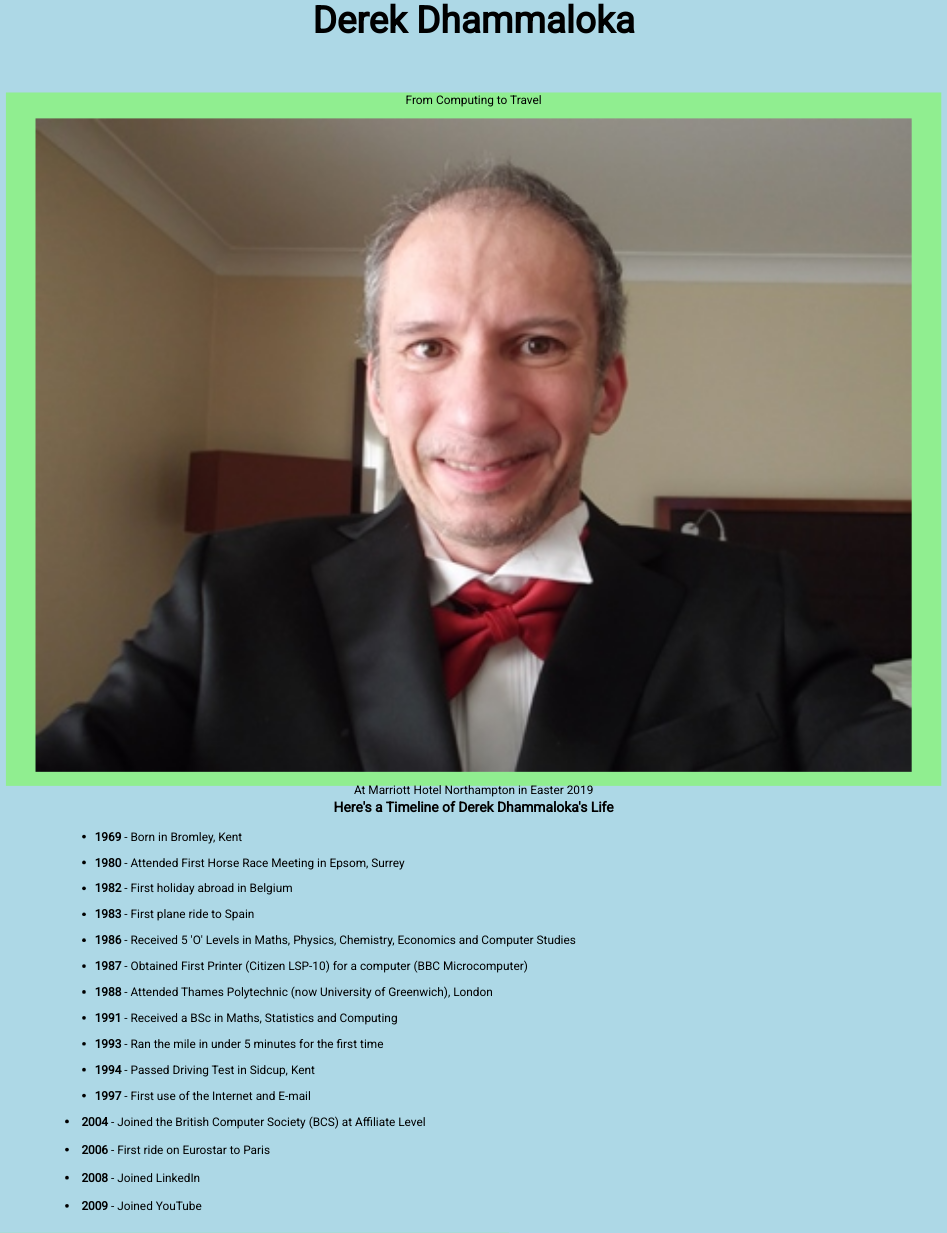
Repository: derektypist/tribute-page
Page: index.html
The author's editor kept a record of every edit. The page is drawn from the files as they stood at one moment, then again after the next edit.
The browser window is 1280 px wide. The pictures show the whole page, at 74% of full size.

Above is the page before.

### index.html
<!DOCTYPE html>
<html lang="en">

<head>
    <meta charset="UTF-8">
    <meta name="viewport" content="width=device-width, initial-scale=1.0">
    <meta http-equiv="X-UA-Compatible" content="ie=edge">
    <title>Derek Dhammaloka Tribute Page</title>
    <!-- Load Style Sheets -->
    <link href="https://fonts.googleapis.com/css?family=Roboto&display=swap" rel="stylesheet">
    <style>
        /* Main Styles */

        #main {
            font-family: "Roboto", Arial, Verdana, sans-serif;
            background-color: lightblue;
            text-align: center;
        }



        /* Title */

        #title {
            font-weight: 700;
            font-size: 50px;
            position: relative;
            bottom: 35px;
        }


        /* Images */

        #img-div {
            background-color: lightgreen;
        }

        #image {
            width: 100%;
            display: block;
            height: auto;
        }

        #img-caption {
            position: relative;
            top: 15px;
        }

        /* Tribute Info */

        #tribute-info {

            text-align: left;
            margin-left: 80px;

        }
    </style>
</head>

<body id="main">
    <!-- Set Header Element -->
    <header>
        <h1 id="title">Derek Dhammaloka</h1>
    </header>

    <!-- Set Main Element -->
    <main>

        <!-- Display Image with its Caption -->
        <div id="img-div">
            <p>From Computing to Travel</p>
            <figure>
                <img src="derek.JPG" id="image" title="At Marriott Hotel Northampton - Easter 2019" alt="At Marriott Hotel Northampton - Easter 2019">
                <figcaption id="img-caption">At Marriott Hotel Northampton in Easter 2019</figcaption>
            </figure>
        </div>
        <section>
            <h3>Here's a Timeline of Derek Dhammaloka's Life</h3>
            <!-- Display Tribute Information -->
            <article id="tribute-info">
                <!-- Display Information for 1969 -->
                <ul>
                    <li><strong>1969 </strong>- Born in Bromley, Kent</li>
                </ul>

                <!-- Display Information for 1980 -->
                <ul>
                    <li><strong>1980 </strong>- Attended First Horse Race Meeting in Epsom, Surrey</li>
                </ul>

                <!-- Display Information for 1982 -->
                <ul>
                    <li><strong>1982 </strong>- First holiday abroad in Belgium</li>
                </ul>

                <!-- Display Information for 1983 -->
                <ul>
                     <li><strong>1983 </strong>- First plane ride to Spain</li>
                </ul>

                <!-- Display Information for 1986 -->
                <ul>
                    <li><strong>1986 </strong>- Received 5 'O' Levels in Maths, Physics, Chemistry, Economics and Computer Studies</li>
                </ul>

                <!-- Display Information for 1987 -->
                <ul>
                    <li><strong>1987 </strong>- Obtained First Printer (Citizen LSP-10) for a computer (BBC Microcomputer)</li>
                </ul>


                <!-- Display Information for 1988 -->
                <ul>
                    <li><strong>1988 </strong>- Attended Thames Polytechnic (now University of Greenwich), London</li>
                </ul>

                <!-- Display Information for 1991 -->
                <ul>
                   <li><strong>1991 </strong>- Received a BSc in Maths, Statistics and Computing</li>
                </ul>

                <!-- Display Information for 1993 -->
                <ul>
                    <li><strong>1993 </strong>- Ran the mile in under 5 minutes for the first time</li>
                </ul>

                <!-- Display Information for 1994 -->
                <ul>
                    <li><strong>1994 </strong>- Passed Driving Test in Sidcup, Kent</li>
                </ul>

                <!-- Display Information for 1997 -->
                <ul>
                    <li><strong>1997 </strong>- First use of the Internet and E-mail</li>
                </ul>
                <li><strong>2004 </strong>- Joined the British Computer Society (BCS) at Affiliate Level</li>
                <br>
                <li><strong>2006 </strong>- First ride on Eurostar to Paris</li>
                <br>
                <li><strong>2008 </strong>- Joined LinkedIn</li>
                <br>
                <li><strong>2009 </strong>- Joined YouTube</li>
                <br>
            </article>
        </section>
    </main>
</body>

</html>

After the next edit:
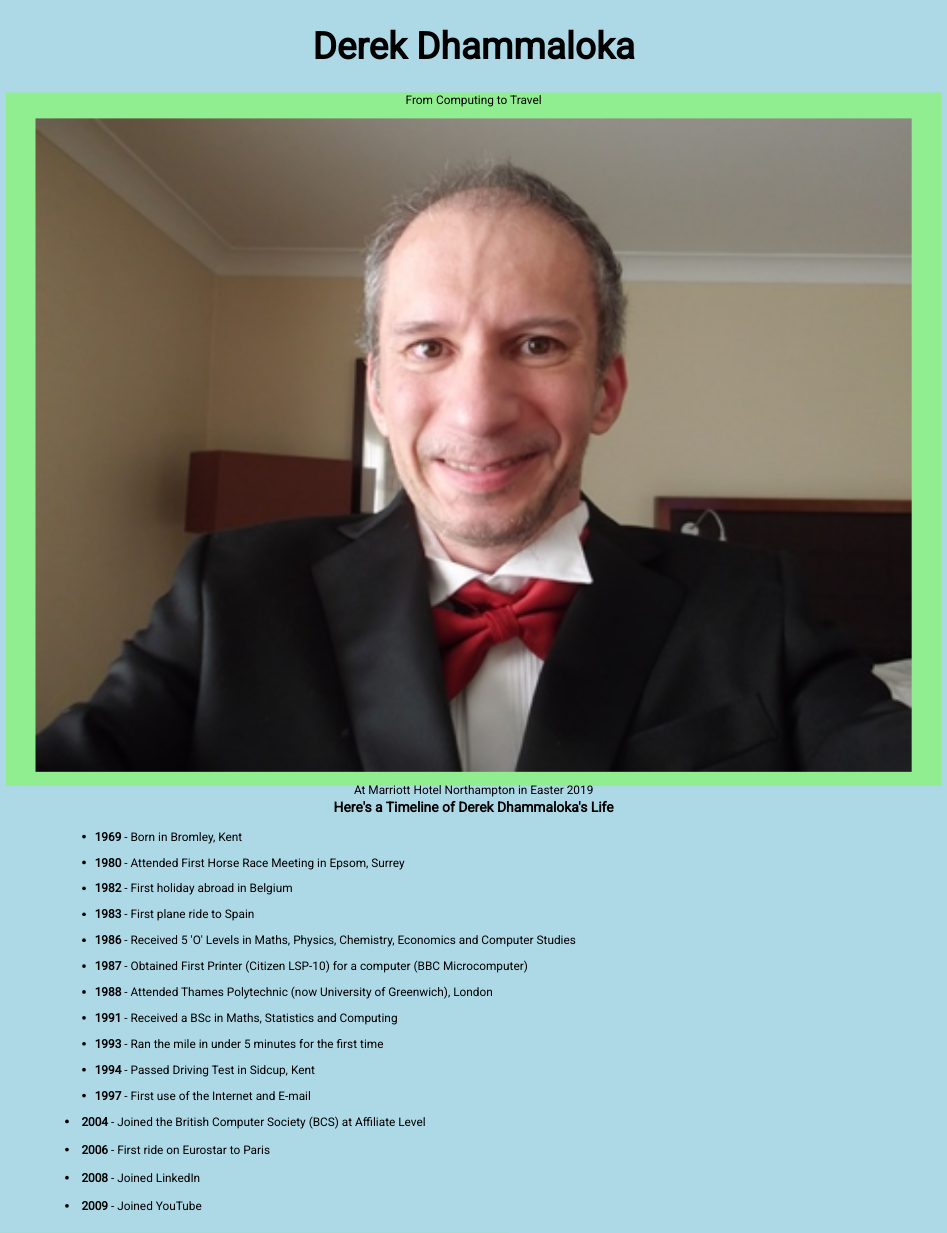
The edit:
--- a/index.html
+++ b/index.html
@@ -24,8 +24,7 @@
         #title {
             font-weight: 700;
             font-size: 50px;
-            position: relative;
-            bottom: 35px;
+
         }
 
 
